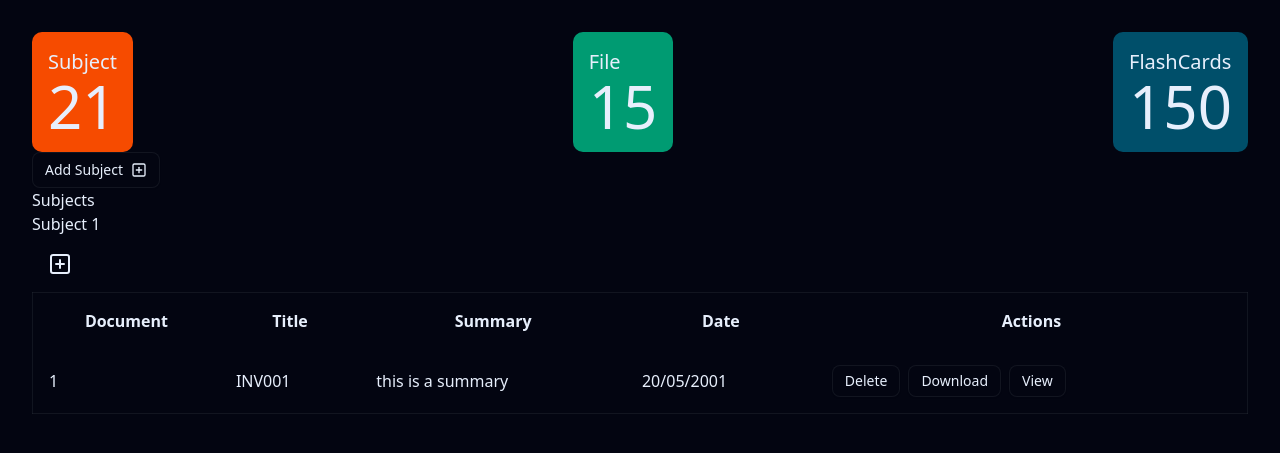
Repository: SywarDer/Student-Assistance
Page: /dashboard (app in student-assistant/)
The author's editor kept a copy of each file at every save. The page is drawn from the files as they stood at one save, then again after the next save.
The browser window is 1280 px wide. The pictures show the whole page.
The project was rebuilt for these pictures with package versions that can differ from the ones it lists, and the page was loaded fresh each time. The framework's server and built-in components were replaced by stand-ins that run in the browser. Also part of the build but not shown: student-assistant/next.config.ts, student-assistant/components/ui/input.tsx.

Above is the page before, as saved 2025-10-30 20:41:23.

### student-assistant/app/layout.tsx
import type { Metadata } from "next";
import { Geist, Geist_Mono } from "next/font/google";
import "./globals.css";
import { SidebarProvider, SidebarTrigger } from "@/components/ui/sidebar";


const geistSans = Geist({
  variable: "--font-geist-sans",
  subsets: ["latin"],
});

const geistMono = Geist_Mono({
  variable: "--font-geist-mono",
  subsets: ["latin"],
});

export const metadata: Metadata = {
  title: "Create Next App",
  description: "Generated by create next app",
};

export default function RootLayout({
children,
}: Readonly<{
  children: React.ReactNode;
}>) {
  return (
    <html lang="en">
      <body
        className={`${geistSans.variable} ${geistMono.variable} antialiased`}
      >


        {children}

      </body>
    </html>
  );
}

### student-assistant/app/dashboard/page.tsx
import { Button } from "@/components/ui/button";
import { Input } from "@/components/ui/input";
import { TableCaption, TableHeader, TableRow, TableHead, TableBody, TableCell, TableFooter } from "@/components/ui/table";
import { Popover, PopoverTrigger, PopoverContent } from "@radix-ui/react-popover";
import { PlusSquare, Table } from "lucide-react";
import { Label } from "recharts";

export default function Dashboard() {
    const documents = [
        {
            id:"1",
            title: "INV001",
            date: "20/05/2001",
            summary: "this is a summary",
            actions: <div className="flex">
                <Button variant="outline" size="sm" className="mr-2">Delete</Button>
                <Button variant="outline" size="sm" className="mr-2">Download</Button>
                <Button variant="outline" size="sm">View</Button>
            </div>,
        }
    ]
    return (

        <div className="m-8">
            {/*Dashboard Cards*/}
            <div className="flex space-x-4 justify-between w-full">
                <div className="rounded-lg p-4 w-" style={{
                    backgroundColor: "var(--chart-1)",
                    color: "var(--card-foreground)",
                }}>
                    <h1 className="text-xl">Subject</h1>
                    <h1 className="text-6xl">21</h1>
                </div>
                <div className="rounded-lg p-4" style={{
                    backgroundColor: "var(--chart-2)",
                    color: "var(--card-foreground)",
                }}>
                    <h1 className="text-xl">File</h1>
                    <h1 className="text-6xl">15</h1>
                </div>
                <div className="rounded-lg p-4" style={{
                    backgroundColor: "var(--chart-3)",
                    color: "var(--card-foreground)",
                }}>
                    <h1 className="text-xl">FlashCards</h1>
                    <h1 className="text-6xl">150</h1>
                </div>
            </div>

            {/* Button new subject */}
            <Popover>
                <PopoverTrigger asChild>
                    <Button variant="outline">Add Subject <PlusSquare /></Button>
                </PopoverTrigger>
                <PopoverContent className="w-80">
                    <div className="grid gap-4">
                        <div className="space-y-2">
                            <h4 className="leading-none font-medium">Subject</h4>
                            <p className="text-muted-foreground text-sm">
                                Set the details for the subject.
                            </p>
                        </div>
                        <div className="grid gap-2 ">
                            <div className="grid grid-cols-3 items-center gap-4">
                                <h1>Title</h1>
                                <Input
                                    id="width"
                                    defaultValue="100%"
                                    className="col-span-2 h-8"
                                />
                            </div>
                            <div className="grid grid-cols-3 items-center gap-4">
                                <h1>Summary</h1>
                                <Input
                                    id="maxWidth"
                                    defaultValue="300px"
                                    className="col-span-2 h-8"
                                />
                            </div>
                            <Button className="mt-4">Create Subject</Button>
                        </div>
                    </div>
                </PopoverContent>
            </Popover>

            {/** List of subjects */}

            <h1>Subjects</h1>

            <h1>Subject 1</h1>
            <table className="min-w-full border">
                <caption className="text-left font-medium p-4"><PlusSquare/></caption>
                <thead className="gap-4">
                    <tr>
                        <th className="p-4">Document</th>
                        <th className="p-4">Title</th>
                        <th className="p-4">Summary</th>
                        <th className="p-4">Date</th>
                        <th className="p-4">Actions</th>
                    </tr>
                </thead>
                <tbody>
                    {documents.map((doc) => (
                        <tr key={doc.id}>
                            <td className="p-4">{doc.id}</td>
                            <td className="p-4">{doc.title}</td>
                            <td className="p-4">{doc.summary}</td>
                            <td className="p-4">{doc.date}</td>
                            <td className="p-4">{doc.actions}</td>
                        </tr>
                    ))}
                </tbody>
            </table>

        </div>

    )
}

### student-assistant/app/globals.css
@import "tailwindcss";
@import "tw-animate-css";

@custom-variant dark (&:is(.dark *));

@theme inline {
  --color-background: var(--background);
  --color-foreground: var(--foreground);
  --font-sans: var(--font-geist-sans);
  --font-mono: var(--font-geist-mono);
  --color-sidebar-ring: var(--sidebar-ring);
  --color-sidebar-border: var(--sidebar-border);
  --color-sidebar-accent-foreground: var(--sidebar-accent-foreground);
  --color-sidebar-accent: var(--sidebar-accent);
  --color-sidebar-primary-foreground: var(--sidebar-primary-foreground);
  --color-sidebar-primary: var(--sidebar-primary);
  --color-sidebar-foreground: var(--sidebar-foreground);
  --color-sidebar: var(--sidebar);
  --color-chart-5: var(--chart-5);
  --color-chart-4: var(--chart-4);
  --color-chart-3: var(--chart-3);
  --color-chart-2: var(--chart-2);
  --color-chart-1: var(--chart-1);
  --color-ring: var(--ring);
  --color-input: var(--input);
  --color-border: var(--border);
  --color-destructive: var(--destructive);
  --color-accent-foreground: var(--accent-foreground);
  --color-accent: var(--accent);
  --color-muted-foreground: var(--muted-foreground);
  --color-muted: var(--muted);
  --color-secondary-foreground: var(--secondary-foreground);
  --color-secondary: var(--secondary);
  --color-primary-foreground: var(--primary-foreground);
  --color-primary: var(--primary);
  --color-popover-foreground: var(--popover-foreground);
  --color-popover: var(--popover);
  --color-card-foreground: var(--card-foreground);
  --color-card: var(--card);
  --radius-sm: calc(var(--radius) - 4px);
  --radius-md: calc(var(--radius) - 2px);
  --radius-lg: var(--radius);
  --radius-xl: calc(var(--radius) + 4px);
}

:root {
  --radius: 0.625rem;

  /* Base dark background & text */
  --background: oklch(0.12 0.03 270);        /* Dark gray-blue */
  --foreground: oklch(0.95 0.02 260);        /* Soft white */

  /* Cards & popovers */
  --card: oklch(0.18 0.04 270);              /* Slightly lighter than background */
  --card-foreground: var(--foreground);
  --popover: oklch(0.18 0.04 270);
  --popover-foreground: var(--foreground);

  /* Primary & secondary */
  --primary: oklch(0.6 0.12 260);            /* Deep blue */
  --primary-foreground: var(--foreground);
  --secondary: oklch(0.45 0.08 280);         /* Soft purple */
  --secondary-foreground: var(--foreground);

  /* Muted & accents */
  --muted: oklch(0.2 0.03 270);
  --muted-foreground: oklch(0.7 0.02 260);
  --accent: oklch(0.65 0.15 350);            /* Magenta/pinkish accent */
  --accent-foreground: var(--foreground);

  /* Destructive actions */
  --destructive: oklch(0.6 0.25 30);         /* Dark red */
  --border: oklch(0.3 0.02 270 / 40%);
  --input: oklch(0.15 0.03 270);             /* Slightly darker than card */
  --ring: oklch(0.5 0.03 270);

  /* Charts */
  --chart-1: oklch(0.65 0.22 40);
  --chart-2: oklch(0.6 0.15 170);
  --chart-3: oklch(0.4 0.08 230);
  --chart-4: oklch(0.6 0.18 300);
  --chart-5: oklch(0.55 0.2 50);

  /* Sidebar */
  --sidebar: oklch(0.18 0.04 270);
  --sidebar-foreground: var(--foreground);
  --sidebar-primary: var(--primary);
  --sidebar-primary-foreground: var(--foreground);
  --sidebar-accent: var(--accent);
  --sidebar-accent-foreground: var(--foreground);
  --sidebar-border: oklch(0.3 0.02 270 / 40%);
  --sidebar-ring: oklch(0.5 0.03 270);
}

/* Optional light mode toggle */
.light {
  --background: oklch(0.98 0.02 260);       /* Light gray */
  --foreground: oklch(0.12 0.03 270);       /* Dark text */

  --card: oklch(0.99 0.03 260);
  --card-foreground: var(--foreground);
  --popover: oklch(0.99 0.03 260);
  --popover-foreground: var(--foreground);

  --primary: oklch(0.2 0.05 260);
  --primary-foreground: var(--foreground);
  --secondary: oklch(0.5 0.1 280);
  --secondary-foreground: var(--foreground);

  --muted: oklch(0.85 0.03 270);
  --muted-foreground: oklch(0.35 0.02 260);
  --accent: oklch(0.8 0.2 350);
  --accent-foreground: var(--foreground);

  --destructive: oklch(0.9 0.25 30);
  --border: oklch(0.8 0.02 270 / 30%);
  --input: oklch(0.95 0.03 260);
  --ring: oklch(0.7 0.03 270);

  --chart-1: oklch(0.65 0.22 40);
  --chart-2: oklch(0.6 0.15 170);
  --chart-3: oklch(0.4 0.08 230);
  --chart-4: oklch(0.6 0.18 300);
  --chart-5: oklch(0.55 0.2 50);

  --sidebar: oklch(0.95 0.03 260);
  --sidebar-foreground: var(--foreground);
  --sidebar-primary: var(--primary);
  --sidebar-primary-foreground: var(--foreground);
  --sidebar-accent: var(--accent);
  --sidebar-accent-foreground: var(--foreground);
  --sidebar-border: oklch(0.8 0.02 270 / 30%);
  --sidebar-ring: oklch(0.7 0.03 270);
}



@layer base {
  * {
    @apply border-border outline-ring/50;
  }
  body {
    @apply bg-background text-foreground;
  }
}

### student-assistant/components/ui/button.tsx
import * as React from "react"
import { Slot } from "@radix-ui/react-slot"
import { cva, type VariantProps } from "class-variance-authority"

import { cn } from "@/lib/utils"

const buttonVariants = cva(
  "inline-flex items-center justify-center gap-2 whitespace-nowrap rounded-md text-sm font-medium transition-all disabled:pointer-events-none disabled:opacity-50 [&_svg]:pointer-events-none [&_svg:not([class*='size-'])]:size-4 shrink-0 [&_svg]:shrink-0 outline-none focus-visible:border-ring focus-visible:ring-ring/50 focus-visible:ring-[3px] aria-invalid:ring-destructive/20 dark:aria-invalid:ring-destructive/40 aria-invalid:border-destructive",
  {
    variants: {
      variant: {
        default: "bg-primary text-primary-foreground hover:bg-primary/90",
        destructive:
          "bg-destructive text-white hover:bg-destructive/90 focus-visible:ring-destructive/20 dark:focus-visible:ring-destructive/40 dark:bg-destructive/60",
        outline:
          "border bg-background shadow-xs hover:bg-accent hover:text-accent-foreground dark:bg-input/30 dark:border-input dark:hover:bg-input/50",
        secondary:
          "bg-secondary text-secondary-foreground hover:bg-secondary/80",
        ghost:
          "hover:bg-accent hover:text-accent-foreground dark:hover:bg-accent/50",
        link: "text-primary underline-offset-4 hover:underline",
      },
      size: {
        default: "h-9 px-4 py-2 has-[>svg]:px-3",
        sm: "h-8 rounded-md gap-1.5 px-3 has-[>svg]:px-2.5",
        lg: "h-10 rounded-md px-6 has-[>svg]:px-4",
        icon: "size-9",
        "icon-sm": "size-8",
        "icon-lg": "size-10",
      },
    },
    defaultVariants: {
      variant: "default",
      size: "default",
    },
  }
)

function Button({
  className,
  variant,
  size,
  asChild = false,
  ...props
}: React.ComponentProps<"button"> &
  VariantProps<typeof buttonVariants> & {
    asChild?: boolean
  }) {
  const Comp = asChild ? Slot : "button"

  return (
    <Comp
      data-slot="button"
      className={cn(buttonVariants({ variant, size, className }))}
      {...props}
    />
  )
}

export { Button, buttonVariants }

Loaded but not shown: student-assistant/lib/utils.ts (common file)

After the next save:
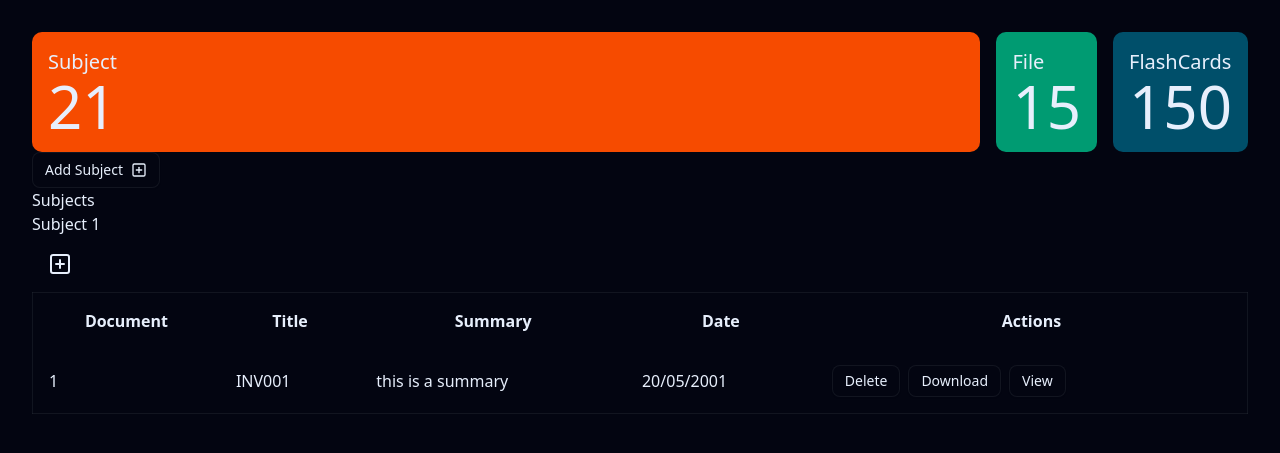
Saved 4 s later.
--- a/student-assistant/app/dashboard/page.tsx
+++ b/student-assistant/app/dashboard/page.tsx
@@ -24,7 +24,7 @@ export default function Dashboard() {
         <div className="m-8">
             {/*Dashboard Cards*/}
             <div className="flex space-x-4 justify-between w-full">
-                <div className="rounded-lg p-4 w-" style={{
+                <div className="rounded-lg p-4 w-full" style={{
                     backgroundColor: "var(--chart-1)",
                     color: "var(--card-foreground)",
                 }}>
